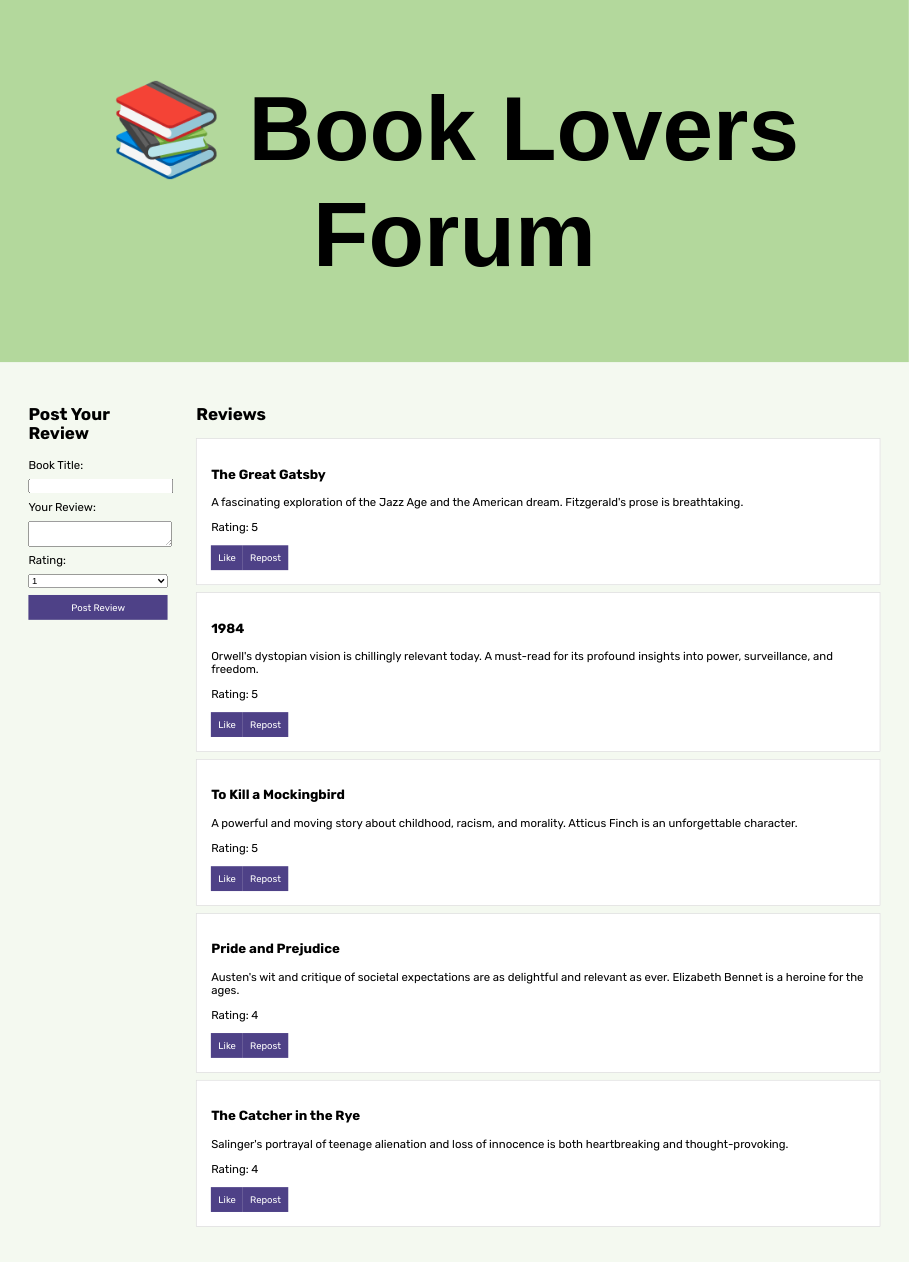
Repository: valentinaarojas/virtual-book-club
Page: index.html
An editor plug-in stored every save of this project. The page is shown before and after a run of saves, followed by the edit.
The browser window is 1280 px wide. The pictures show the whole page, at 71% of full size.
Some web fonts or font styles are not loaded; a fallback is used.

Above is the page before, as saved 2025-02-12 17:29:03.
Console error: ReferenceError: form is not defined

### index.html
<!DOCTYPE html>
<html lang="en">
<head>
    <title>Book Lovers Forum</title>
    <link rel="stylesheet" href="styles.css">
    <link rel="preconnect" href="https://fonts.googleapis.com">
    <link rel="preconnect" href="https://fonts.gstatic.com" crossorigin>
    <link href="https://fonts.googleapis.com/css2?family=Licorice&display=swap" rel="stylesheet">
    <link href="https://fonts.googleapis.com/css2?family=Licorice&family=Rubik:ital,wght@0,300..900;1,300..900&display=swap" rel="stylesheet">
</head>
<body>
    <header>
        <h1>📚 Book Lovers Forum</h1>
    </header>
    <main>
        <section id="review-form-section">
            <h2>Post Your Review</h2>
            <form id="review-form">
                <label for="book-title">Book Title:</label>
                <input type="text" id="book-title" name="book-title" required>
                <label for="review-text">Your Review:</label>
                <textarea id="review-text" name="review-text" required></textarea>
                <label for="rating">Rating:</label>
                <select id="rating" name="rating">
                    <option value="1">1</option>
                    <option value="2">2</option>
                    <option value="3">3</option>
                    <option value="4">4</option>
                    <option value="5">5</option>
                </select>
                <button type="submit">Post Review</button>
            </form>
        </section>
        <section id="reviews-section">
            <h2>Reviews</h2>
            <div id="reviews-list">
                <!-- Reviews will be dynamically inserted here -->
            </div>
        </section>
        <div class="alert success" style="display: none">Your message has been sent successfully!</div>
    </main>
    <script src="script.js"></script>
</body>
</html>

### styles.css
body {
    font-family: Rubik, sans-serif;
    margin: 0;
    padding: 0;
    background-color: #F4F9F0;
}

header {
    background-color: #B3D89C;
    padding: 20px;
    text-align: center;
}

main {
    padding: 20px;
    display: flex;
}

section {
    margin: 20px;
}

h1 {
    font-family: Licorice, sans-serif;
    font-size: 8em;
}

#reviews-section {
    flex-grow: 2;
}

#review-form-section,
#reviews-section {
    margin-bottom: 20px;
}

#review-form label,
#review-form input,
#review-form textarea,
#review-form select,
#review-form button {
    display: block;
    width: 100%;
    margin-top: 10px;
}

button {
    background-color: #4E4187;
    font-family: Rubik, sans-serif;
    color: white;
    padding: 10px;
    border: none;
    cursor: pointer;
}

button:hover {
    background-color: #C1BADE;
    color: black;
}

button:active {
    background-color: #564e76;
}

#reviews-list {
    margin-top: 20px;
}

.review-item {
    background-color: #fff;
    border: 1px solid #ddd;
    padding: 20px;
    margin-bottom: 10px;
}

.review-item:hover {
    background-color: #f9f9f9;
}

.alert {
    padding: 15px;
    margin-bottom: 20px;
    border: 1px solid transparent;
    border-radius: 4px;
}

.success {
    color: #3c763d;
    background-color: #dff0d8;
    border-color: #d6e9c6;
}

### script.js
function loadReviews() {
    console.log("loadReviews called!");
    fetch('reviews.json')
        .then(response => {
            if (!response.ok) {
                throw new Error('Network response was not ok');
            }
            return response.json();  // Assuming the server sends JSON
        })
        .then(reviews => {
            console.log(reviews); // Log the fetched reviews
            const reviewsList = document.getElementById("reviews-list"); // Get the div to append reviews
            reviews.forEach(review => {
                const reviewElement = createReviewElement(review);
                reviewsList.appendChild(reviewElement); // Append each review to the list
            });
        })
        .catch(error => {
            console.error('There was a problem:', error);
        });
}

function handleReviewSubmit() {
    console.log("handleReviewSubmit");
}

function createReviewElement(review) {
    console.log(review);
    const newDiv = document.createElement('div'); // Create the main review container
    newDiv.classList.add('review-item'); // Add the class 'review-item' (can style now)
    const bookTitle = document.createElement('h3'); // Create and add book title
    bookTitle.textContent = review.title;
    newDiv.append(bookTitle);
    const reviewText = document.createElement('p'); // Create and add review text
    reviewText.textContent = review.reviewText;
    newDiv.append(reviewText);
    const rating = document.createElement('p'); // Create and add rating
    rating.textContent = `Rating: ${review.rating}`;
    newDiv.append(rating);
    const likeButton = document.createElement('button'); // Create and add like button
    likeButton.textContent = "Like";
    likeButton.id = `like-${review.id}`; // Unique ID based on review ID
    likeButton.setAttribute('data-liked', 'false');
    likeButton.addEventListener('click', () => toggleLike(likeButton, review.id));
    newDiv.appendChild(likeButton);
    const repostButton = document.createElement('button'); // Create and add repost button
    repostButton.textContent = "Repost";
    repostButton.id = `repost-${review.id}`; // Unique ID based on review ID
    repostButton.addEventListener('click', () => repostReview(review.id));
    newDiv.appendChild(repostButton);
    return newDiv; // Return the created review element
}

function toggleLike(button, reviewId) {
    console.log('Like button clicked');
}

function repostReview(reviewId) {
    console.log('Repost button clicked');
}

document.addEventListener("DOMContentLoaded", () => {
    console.log("page loaded and ready for actions!");
    loadReviews();
    const reviewForm = document.getElementById("reviews-list");
    form.addEventListener('submit', handleReviewSubmit);
});

### reviews.json
[
	{
		"id": 1,
		"title": "The Great Gatsby",
		"reviewText": "A fascinating exploration of the Jazz Age and the American dream. Fitzgerald's prose is breathtaking.",
		"rating": 5,
		"likes": 12,
		"reposts": 4
	},
	{
		"id": 2,
		"title": "1984",
		"reviewText": "Orwell's dystopian vision is chillingly relevant today. A must-read for its profound insights into power, surveillance, and freedom.",
		"rating": 5,
		"likes": 15,
		"reposts": 5
	},
	{
		"id": 3,
		"title": "To Kill a Mockingbird",
		"reviewText": "A powerful and moving story about childhood, racism, and morality. Atticus Finch is an unforgettable character.",
		"rating": 5,
		"likes": 20,
		"reposts": 8
	},
	{
		"id": 4,
		"title": "Pride and Prejudice",
		"reviewText": "Austen's wit and critique of societal expectations are as delightful and relevant as ever. Elizabeth Bennet is a heroine for the ages.",
		"rating": 4,
		"likes": 18,
		"reposts": 7
	},
	{
		"id": 5,
		"title": "The Catcher in the Rye",
		"reviewText": "Salinger's portrayal of teenage alienation and loss of innocence is both heartbreaking and thought-provoking.",
		"rating": 4,
		"likes": 10,
		"reposts": 3
	}
]

After the next 3 saves:
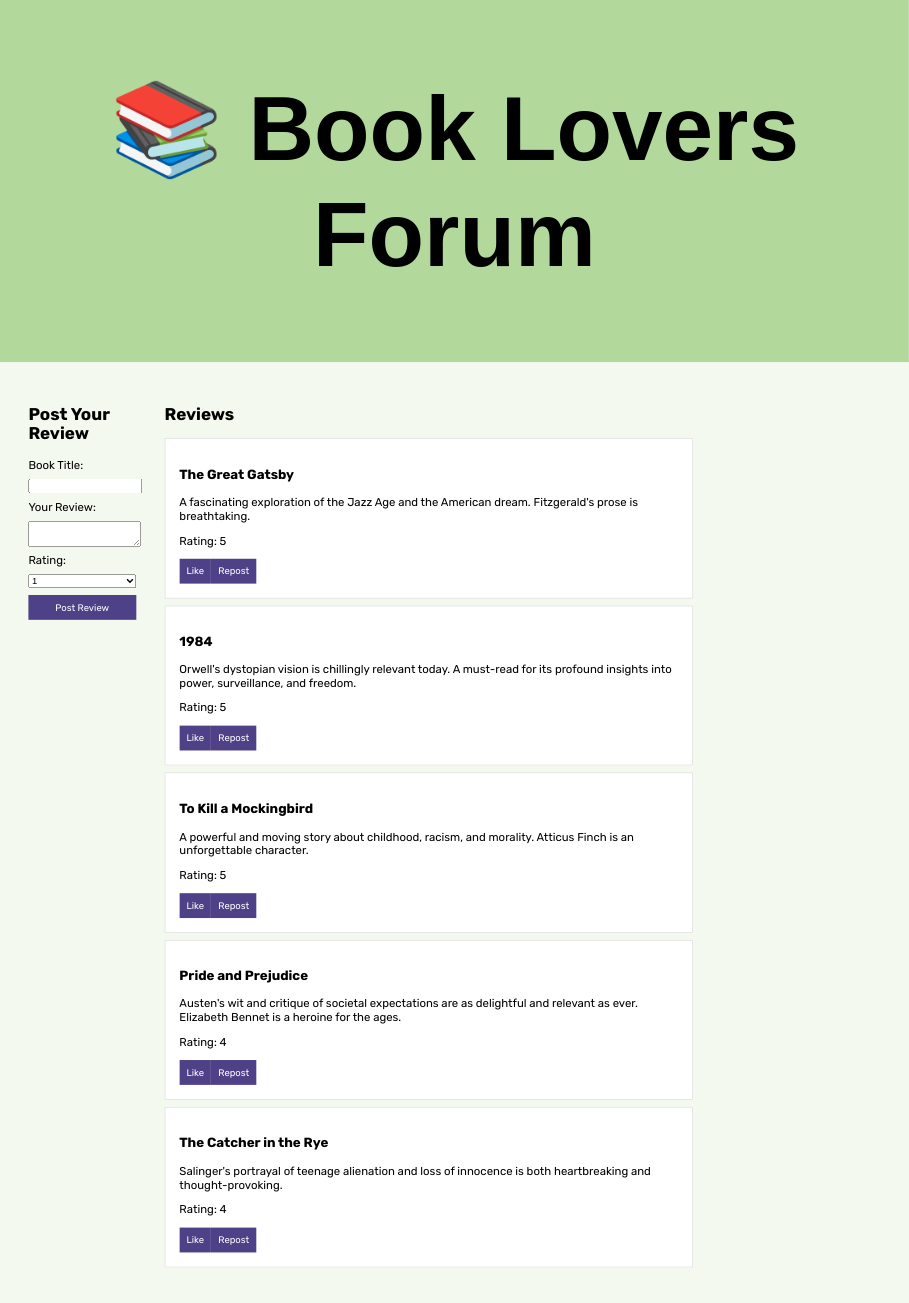
The 3 saves are shown as one change because they came seconds apart.
The last was saved 41 s later.
--- a/index.html
+++ b/index.html
@@ -37,7 +37,7 @@
                 <!-- Reviews will be dynamically inserted here -->
             </div>
         </section>
-        <div class="alert success" style="display: none">Your message has been sent successfully!</div>
+        <div class="alert success" style="visibility: hidden;">Your message has been sent successfully!</div>
     </main>
     <script src="script.js"></script>
 </body>
